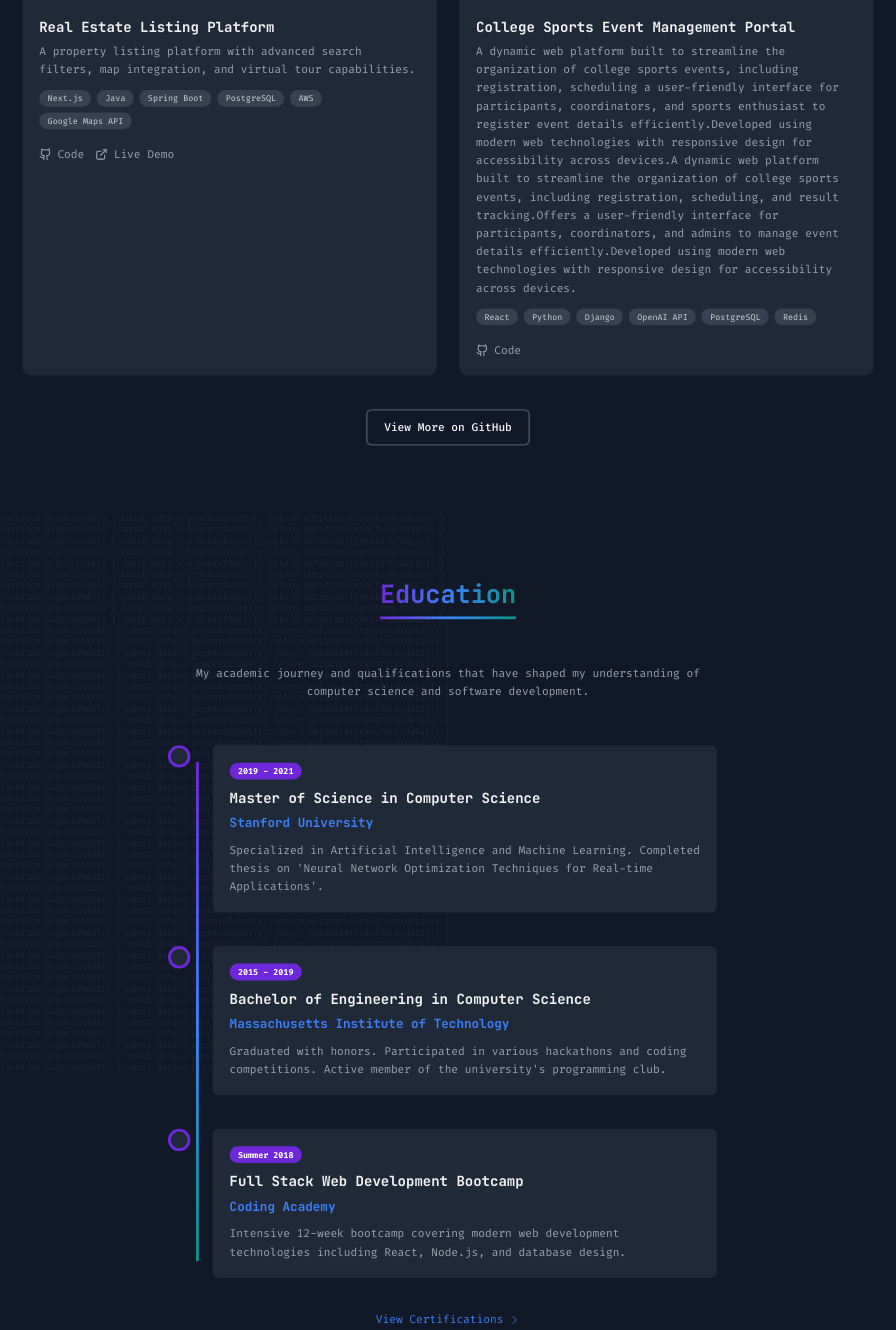
Repository: Saquib45/portfolio
Page: /
These files come from the project's save history. The page is drawn as it stood at one moment and after the next save; the edit follows.
The browser window is 1280 px wide. The pictures show the part of the page from y = 3512 to 5412 px (the page is 7894 px tall), at 70% of full size.
The project was rebuilt for these pictures with package versions that can differ from the ones it lists, and the page was loaded fresh each time. Also part of the build but not shown: vite.config.ts.

Above is the page before, as saved 2025-04-23 21:34:54.

### index.html
<!doctype html>
<html lang="en">
  <head>
    <meta charset="UTF-8" />
    <link rel="icon" type="image/svg+xml" href="/vite.svg" />
    <meta name="viewport" content="width=device-width, initial-scale=1.0" />
    <title>Developer Portfolio | Fullstack Software Engineer</title>
    <link rel="preconnect" href="https://fonts.googleapis.com">
    <link rel="preconnect" href="https://fonts.gstatic.com" crossorigin>
    <link href="https://fonts.googleapis.com/css2?family=JetBrains+Mono:wght@400;500;700&family=Fira+Code:wght@300;400;500;700&display=swap" rel="stylesheet">
  </head>
  <body>
    <div id="root"></div>
    <script type="module" src="/src/main.tsx"></script>
  </body>
</html>

### src/App.tsx
import React from 'react';
import Navbar from './components/Navbar';
import Hero from './components/Hero';
import Skills from './components/Skills';
import Projects from './components/Projects';
import Education from './components/Education';
import About from './components/About';
import Contact from './components/Contact';
import Footer from './components/Footer';
import FloatingNav from './components/FloatingNav';

function App() {
  return (
    <div className="bg-gray-900 text-gray-100 font-fira">
      <Navbar />
      <main>
        <Hero />
        <Skills />
        <Projects />
        <Education />
        <About />
        <Contact />
      </main>
      <Footer />
      <FloatingNav />
    </div>
  );
}

export default App;

### src/index.css
@tailwind base;
@tailwind components;
@tailwind utilities;

@layer base {
  html {
    scroll-behavior: smooth;
  }

  body {
    @apply bg-gray-900 text-gray-100;
    overflow-x: hidden;
  }

  h1, h2, h3, h4, h5, h6 {
    @apply font-jetbrains font-bold;
  }

  h1 {
    @apply text-4xl md:text-5xl lg:text-6xl;
  }

  h2 {
    @apply text-3xl md:text-4xl;
  }

  h3 {
    @apply text-2xl md:text-3xl;
  }

  p {
    @apply leading-relaxed;
  }
}

@layer components {
  .container-custom {
    @apply container mx-auto px-4 sm:px-6 lg:px-8 max-w-7xl;
  }

  .gradient-text {
    @apply bg-clip-text text-transparent bg-gradient-to-r from-primary via-accent to-secondary;
  }

  .section-padding {
    @apply py-16 md:py-24;
  }

  .section-title {
    @apply text-3xl md:text-4xl font-bold mb-12 text-center relative pb-4 inline-block;
  }

  .section-title::after {
    content: '';
    @apply absolute bottom-0 left-0 w-full h-1 bg-gradient-to-r from-primary via-accent to-secondary;
  }

  .card {
    @apply bg-gray-800 rounded-lg p-6 transition-all;
  }

  .btn {
    @apply inline-flex items-center justify-center px-6 py-3 rounded-lg font-medium transition-all duration-300 focus:outline-none focus:ring-2 focus:ring-offset-2 focus:ring-offset-gray-900;
  }

  .btn-primary {
    @apply bg-primary hover:bg-primary-600 text-white focus:ring-primary;
  }

  .btn-secondary {
    @apply bg-secondary hover:bg-secondary-600 text-white focus:ring-secondary;
  }

  .btn-accent {
    @apply bg-accent hover:bg-accent-600 text-white focus:ring-accent;
  }

  .btn-outline {
    @apply border-2 border-gray-600 hover:border-primary hover:text-primary focus:ring-primary;
  }

  .input {
    @apply block w-full px-4 py-3 bg-gray-800 border border-gray-700 rounded-lg focus:outline-none focus:ring-2 focus:ring-primary focus:border-transparent transition-colors;
  }
}

/* Scroll animations */
.fade-in-section {
  opacity: 0;
  transform: translateY(20px);
  transition: opacity 0.6s ease-out, transform 0.6s ease-out;
}

.fade-in-section.is-visible {
  opacity: 1;
  transform: translateY(0);
}

/* Project card hover effect */
.project-card {
  transition: transform 0.3s ease, box-shadow 0.3s ease;
}

.project-card:hover {
  transform: translateY(-5px);
  box-shadow: 0 10px 20px rgba(0, 0, 0, 0.2);
}

/* Cursor animation */
.cursor {
  display: inline-block;
  width: 2px;
  height: 1em;
  background-color: currentColor;
  margin-left: 2px;
  animation: blink 1s infinite;
}

@keyframes blink {
  0%, 100% { opacity: 1; }
  50% { opacity: 0; }
}

/* Skill card hover effect */
.skill-card {
  transition: all 0.3s ease;
}

.skill-card:hover {
  transform: translateY(-5px);
  box-shadow: 0 0 15px rgba(109, 40, 217, 0.5);
}

### src/components/Projects.tsx
import React from 'react';
import { motion } from 'framer-motion';
import { useInView } from 'react-intersection-observer';
import { Github, ExternalLink } from 'lucide-react';

interface Project {
  id: number;
  title: string;
  description: string;
  image: string;
  technologies: string[];
  githubUrl: string;
  liveUrl?: string;
}

const Projects: React.FC = () => {
  const [ref, inView] = useInView({
    triggerOnce: true,
    threshold: 0.1,
  });

  const containerVariants = {
    hidden: { opacity: 0 },
    visible: {
      opacity: 1,
      transition: {
        staggerChildren: 0.3,
      },
    },
  };

  const itemVariants = {
    hidden: { y: 50, opacity: 0 },
    visible: {
      y: 0,
      opacity: 1,
      transition: { duration: 0.6, ease: "easeOut" },
    },
  };

  const projects: Project[] = [
    {
      id: 1,
      title: "Smart Contact Manager",
      description: "A full-stack web application to securely manage personal and professional contacts with user authentication. Built using Spring Boot, Thymeleaf, and Tailwind CSS with CRUD operations and role-based access",
      image: "https://encrypted-tbn0.gstatic.com/images?q=tbn:ANd9GcRo5Ic9BMsl1UCj-E2mSzL5K9LyPsfLgJky8g&s",
      technologies: ["Java", "Spring Boot", "SQL", "HTML", "CSS", "JavaScript", "Thymeleaf", "Tailwind CSS"],
      githubUrl: "https://github.com/Saquib45/Manage-Contact.git",
      // liveUrl: "https://example.com",
    },
    {
      id: 1,
      title: "smart contact manager",
      description: "A real-time chat application enabling seamless one-to-one and group messaging with instant delivery. Built using WebSockets for real-time communication and a modern, responsive UI for a smooth user experience.",
      image: "https://images.pexels.com/photos/27550988/pexels-photo-27550988/free-photo-of-a-person-holding-a-cell-phone-in-front-of-a-wooden-table.jpeg?auto=compress&cs=tinysrgb&w=1260&h=750&dpr=2",
      technologies: ["Java", "Spring Boot", "MongoDB", "HTML", "CSS", "JavaScript", "React", "Tailwind CSS"],
      githubUrl: "https://github.com/Saquib45/ChatApplication.git",
      // liveUrl: "https://example.com",
    },
    {
      id: 3,
      title: "Real Estate Listing Platform",
      description: "A property listing platform with advanced search filters, map integration, and virtual tour capabilities.",
      image: "https://images.pexels.com/photos/1546168/pexels-photo-1546168.jpeg?auto=compress&cs=tinysrgb&w=1260&h=750&dpr=2",
      technologies: ["Next.js", "Java", "Spring Boot", "PostgreSQL", "AWS", "Google Maps API"],
      githubUrl: "https://github.com",
      liveUrl: "https://example.com",
    },
    {
      id: 4,
      title: "College Sports Event Management Portal",
      description: "A dynamic web platform built to streamline the organization of college sports events, including registration, scheduling a user-friendly interface for participants, coordinators, and sports enthusiast to register event details efficiently.Developed using modern web technologies with responsive design for accessibility across devices.A dynamic web platform built to streamline the organization of college sports events, including registration, scheduling, and result tracking.Offers a user-friendly interface for participants, coordinators, and admins to manage event details efficiently.Developed using modern web technologies with responsive design for accessibility across devices.",
      image: "https://images.pexels.com/photos/5380642/pexels-photo-5380642.jpeg?auto=compress&cs=tinysrgb&w=1260&h=750&dpr=2",
      technologies: ["React", "Python", "Django", "OpenAI API", "PostgreSQL", "Redis"],
      githubUrl: "https://github.com",
    },
  ];

  return (
    <section id="projects" className="section-padding bg-gray-900">
      <div className="container-custom">
        <div className="text-center mb-16">
          <h2 className="section-title inline-block">
            <span className="gradient-text">Featured Projects</span>
          </h2>
          <p className="mt-4 text-gray-400 max-w-3xl mx-auto">
            A selection of my recent work, showcasing my skills in frontend and backend development,
            as well as my ability to create complete, production-ready applications.
          </p>
        </div>

        <motion.div
          ref={ref}
          variants={containerVariants}
          initial="hidden"
          animate={inView ? "visible" : "hidden"}
          className="grid grid-cols-1 md:grid-cols-2 gap-8"
        >
          {projects.map((project) => (
            <motion.div
              key={project.id}
              variants={itemVariants}
              className="project-card bg-gray-800 rounded-xl overflow-hidden"
            >
              <div className="relative h-60 overflow-hidden">
                <img
                  src={project.image}
                  alt={project.title}
                  className="w-full h-full object-cover transition-transform duration-500 hover:scale-110"
                />
              </div>
              <div className="p-6">
                <h3 className="text-xl font-bold mb-2">{project.title}</h3>
                <p className="text-gray-400 mb-4">{project.description}</p>
                <div className="mb-6">
                  <div className="flex flex-wrap gap-2">
                    {project.technologies.map((tech, index) => (
                      <span
                        key={index}
                        className="text-xs px-3 py-1 bg-gray-700 text-gray-300 rounded-full"
                      >
                        {tech}
                      </span>
                    ))}
                  </div>
                </div>
                <div className="flex gap-4">
                  <a
                    href={project.githubUrl}
                    target="_blank"
                    rel="noopener noreferrer"
                    className="flex items-center gap-2 text-gray-400 hover:text-primary transition-colors"
                  >
                    <Github size={18} />
                    <span>Code</span>
                  </a>
                  {project.liveUrl && (
                    <a
                      href={project.liveUrl}
                      target="_blank"
                      rel="noopener noreferrer"
                      className="flex items-center gap-2 text-gray-400 hover:text-accent transition-colors"
                    >
                      <ExternalLink size={18} />
                      <span>Live Demo</span>
                    </a>
                  )}
                </div>
              </div>
            </motion.div>
          ))}
        </motion.div>

        <div className="mt-12 text-center">
          <a
            href="https://github.com"
            target="_blank"
            rel="noopener noreferrer"
            className="btn btn-outline"
          >
            View More on GitHub
          </a>
        </div>
      </div>
    </section>
  );
};

export default Projects;

### src/components/Footer.tsx
import React from 'react';
import { Github, Linkedin, Twitter, ArrowUp } from 'lucide-react';
import { Link } from 'react-scroll';

const Footer: React.FC = () => {
  const currentYear = new Date().getFullYear();

  return (
    <footer className="bg-gray-950 pt-16 pb-6 relative">
      <div className="container-custom">
        <div className="grid grid-cols-1 md:grid-cols-2 lg:grid-cols-4 gap-8 mb-12">
          <div>
            <h4 className="text-xl font-bold mb-4 gradient-text">
              DEVFOLIO
            </h4>
            <p className="text-gray-400 mb-4">
              Fullstack developer specializing in building exceptional digital experiences.
            </p>
            <div className="flex space-x-4">
              <a
                href="https://github.com"
                target="_blank"
                rel="noopener noreferrer"
                className="text-gray-400 hover:text-primary transition-colors"
                aria-label="GitHub"
              >
                <Github size={20} />
              </a>
              <a
                href="https://linkedin.com"
                target="_blank"
                rel="noopener noreferrer"
                className="text-gray-400 hover:text-accent transition-colors"
                aria-label="LinkedIn"
              >
                <Linkedin size={20} />
              </a>
              <a
                href="https://twitter.com"
                target="_blank"
                rel="noopener noreferrer"
                className="text-gray-400 hover:text-secondary transition-colors"
                aria-label="Twitter"
              >
                <Twitter size={20} />
              </a>
            </div>
          </div>

          <div>
            <h4 className="text-lg font-bold mb-4">Navigation</h4>
            <ul className="space-y-2">
              {['Home', 'Skills', 'Projects', 'Education', 'About', 'Contact'].map((item) => (
                <li key={item}>
                  <Link
                    to={item.toLowerCase()}
                    smooth={true}
                    duration={500}
                    offset={-70}
                    className="text-gray-400 hover:text-primary transition-colors cursor-pointer"
                  >
                    {item}
                  </Link>
                </li>
              ))}
            </ul>
          </div>

          <div>
            <h4 className="text-lg font-bold mb-4">Services</h4>
            <ul className="space-y-2">
              {['Web Development', 'Frontend Design', 'Backend Systems', 'API Development', 'Database Design', 'UI/UX Design'].map((item) => (
                <li key={item}>
                  <span className="text-gray-400 cursor-default">{item}</span>
                </li>
              ))}
            </ul>
          </div>

          <div>
            <h4 className="text-lg font-bold mb-4">Contact</h4>
            <ul className="space-y-2 text-gray-400">
              <li>San Francisco, California</li>
              <li>contact@johndoe.dev</li>
              <li>+1 (234) 567-8900</li>
            </ul>
          </div>
        </div>

        <div className="border-t border-gray-800 pt-6 mt-6 flex flex-col sm:flex-row justify-between items-center">
          <p className="text-gray-500 text-sm mb-4 sm:mb-0">
            &copy; {currentYear} John Doe. All rights reserved.
          </p>
          <Link
            to="hero"
            smooth={true}
            duration={800}
            className="p-3 bg-gray-800 rounded-full text-gray-400 hover:text-white transition-colors cursor-pointer"
            aria-label="Back to top"
          >
            <ArrowUp size={20} />
          </Link>
        </div>
      </div>
    </footer>
  );
};

export default Footer;

### src/components/FloatingNav.tsx
import React, { useState, useEffect } from 'react';
import { Link } from 'react-scroll';
import { Home, Code, Briefcase, GraduationCap, User, Mail, Menu, X } from 'lucide-react';

const FloatingNav: React.FC = () => {
  const [isVisible, setIsVisible] = useState(false);
  const [isOpen, setIsOpen] = useState(false);

  useEffect(() => {
    const toggleVisibility = () => {
      if (window.scrollY > 300) {
        setIsVisible(true);
      } else {
        setIsVisible(false);
        setIsOpen(false);
      }
    };

    window.addEventListener('scroll', toggleVisibility);
    return () => window.removeEventListener('scroll', toggleVisibility);
  }, []);

  const toggleMenu = () => {
    setIsOpen(!isOpen);
  };

  const navItems = [
    { name: 'Home', icon: <Home size={18} />, target: 'hero' },
    { name: 'Skills', icon: <Code size={18} />, target: 'skills' },
    { name: 'Projects', icon: <Briefcase size={18} />, target: 'projects' },
    { name: 'Education', icon: <GraduationCap size={18} />, target: 'education' },
    { name: 'About', icon: <User size={18} />, target: 'about' },
    { name: 'Contact', icon: <Mail size={18} />, target: 'contact' },
  ];

  if (!isVisible) return null;

  return (
    <div className="fixed bottom-6 right-6 z-50">
      <button
        onClick={toggleMenu}
        className={`w-12 h-12 rounded-full flex items-center justify-center ${
          isOpen ? 'bg-primary text-white' : 'bg-gray-800 text-white'
        } shadow-lg hover:shadow-xl transition-all duration-300 focus:outline-none`}
        aria-label={isOpen ? 'Close navigation menu' : 'Open navigation menu'}
      >
        {isOpen ? <X size={20} /> : <Menu size={20} />}
      </button>

      {isOpen && (
        <div className="absolute right-0 bottom-16 p-2 bg-gray-800 rounded-lg shadow-xl">
          <ul className="space-y-2">
            {navItems.map((item) => (
              <li key={item.name}>
                <Link
                  to={item.target}
                  smooth={true}
                  duration={500}
                  offset={-70}
                  onClick={() => setIsOpen(false)}
                  className="flex items-center px-4 py-2 rounded-lg hover:bg-gray-700 text-gray-300 hover:text-white transition-colors cursor-pointer"
                >
                  <span className="mr-3">{item.icon}</span>
                  <span>{item.name}</span>
                </Link>
              </li>
            ))}
          </ul>
        </div>
      )}
    </div>
  );
};

export default FloatingNav;

Loaded but not shown: src/main.tsx (common file); tailwind.config.js (68 lines, source omitted); src/components/Contact.tsx (242 lines, source omitted); src/components/Skills.tsx (144 lines, source omitted); src/components/About.tsx (113 lines, source omitted); src/components/Navbar.tsx (154 lines, source omitted); src/components/Education.tsx (134 lines, source omitted); src/components/Hero.tsx (156 lines, source omitted)

After the next save:
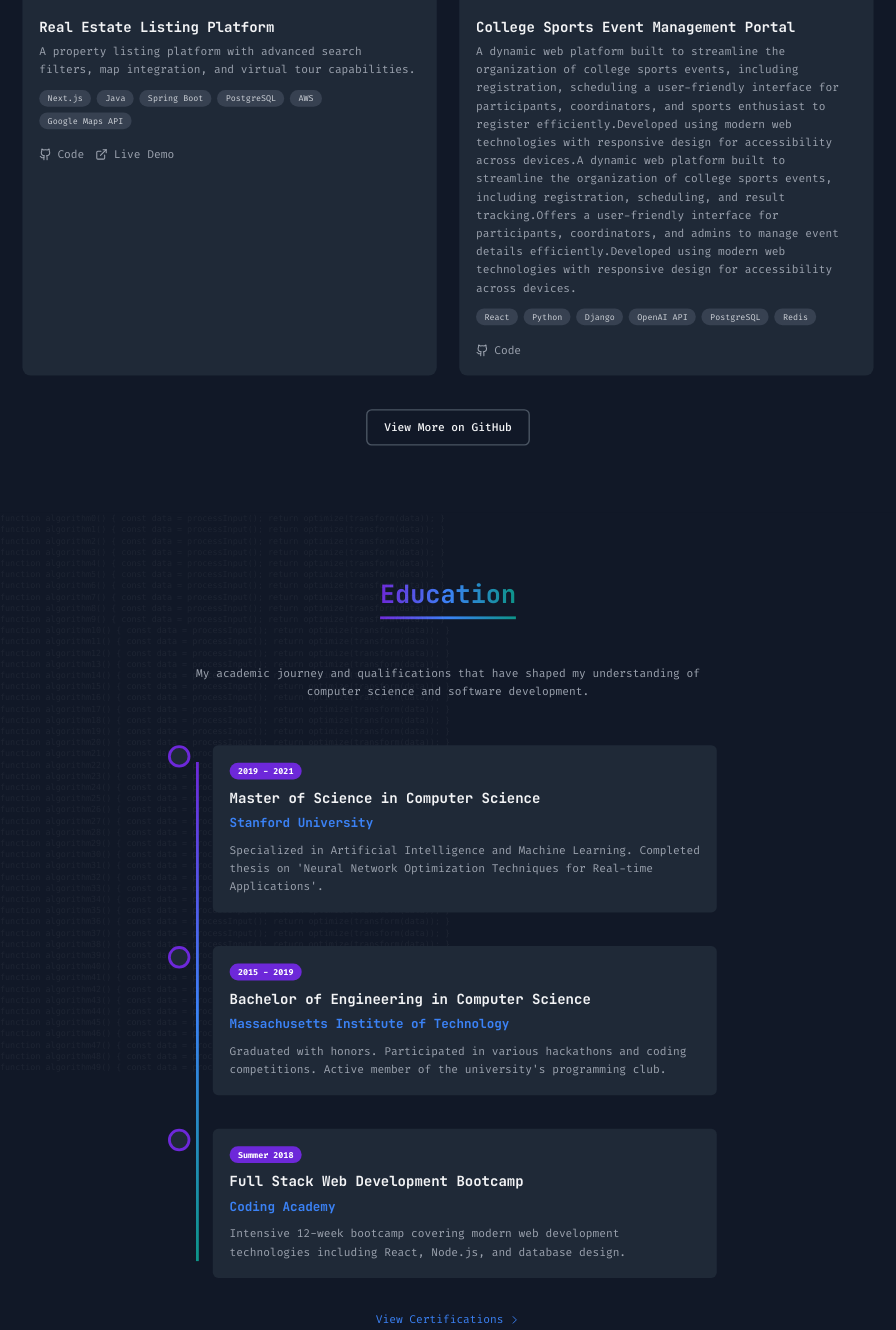
Saved 30 s later.
--- a/src/components/Projects.tsx
+++ b/src/components/Projects.tsx
@@ -69,7 +69,7 @@ const Projects: React.FC = () => {
     {
       id: 4,
       title: "College Sports Event Management Portal",
-      description: "A dynamic web platform built to streamline the organization of college sports events, including registration, scheduling a user-friendly interface for participants, coordinators, and sports enthusiast to register event details efficiently.Developed using modern web technologies with responsive design for accessibility across devices.A dynamic web platform built to streamline the organization of college sports events, including registration, scheduling, and result tracking.Offers a user-friendly interface for participants, coordinators, and admins to manage event details efficiently.Developed using modern web technologies with responsive design for accessibility across devices.",
+      description: "A dynamic web platform built to streamline the organization of college sports events, including registration, scheduling a user-friendly interface for participants, coordinators, and sports enthusiast to register efficiently.Developed using modern web technologies with responsive design for accessibility across devices.A dynamic web platform built to streamline the organization of college sports events, including registration, scheduling, and result tracking.Offers a user-friendly interface for participants, coordinators, and admins to manage event details efficiently.Developed using modern web technologies with responsive design for accessibility across devices.",
       image: "https://images.pexels.com/photos/5380642/pexels-photo-5380642.jpeg?auto=compress&cs=tinysrgb&w=1260&h=750&dpr=2",
       technologies: ["React", "Python", "Django", "OpenAI API", "PostgreSQL", "Redis"],
       githubUrl: "https://github.com",
